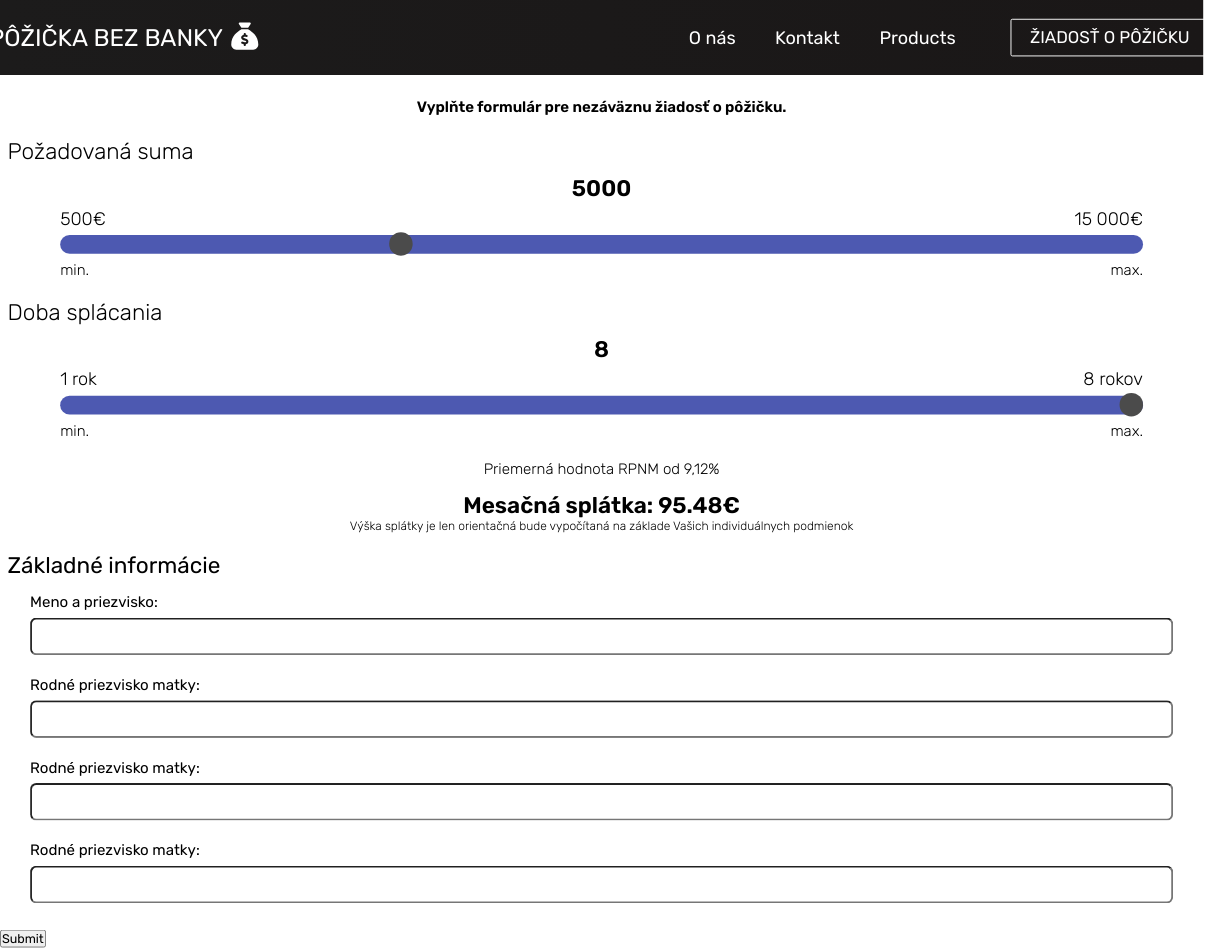
Repository: steve-lgtm/React-website-pozickabezbanky
Page: /ziadost
The author's editor kept a copy of each file at every save. The page is drawn from the files as they stood at one save, then again after the next save.
The browser window is 1280 px wide. The page is 1305 px wide, so the pictures cover 1305 px, including what lies to the right of the window. The pictures show the whole page, at 94% of full size.
Some web libraries are served in a nearby version. The project was rebuilt for these pictures with package versions that can differ from the ones it lists, and the page was loaded fresh each time. Also part of the build but not shown: src/components/pages/Home.js, src/components/pages/Kontakt.js, src/components/pages/Products.js.

Above is the page before, as saved 2022-07-11 19:38:36.

After the next save:
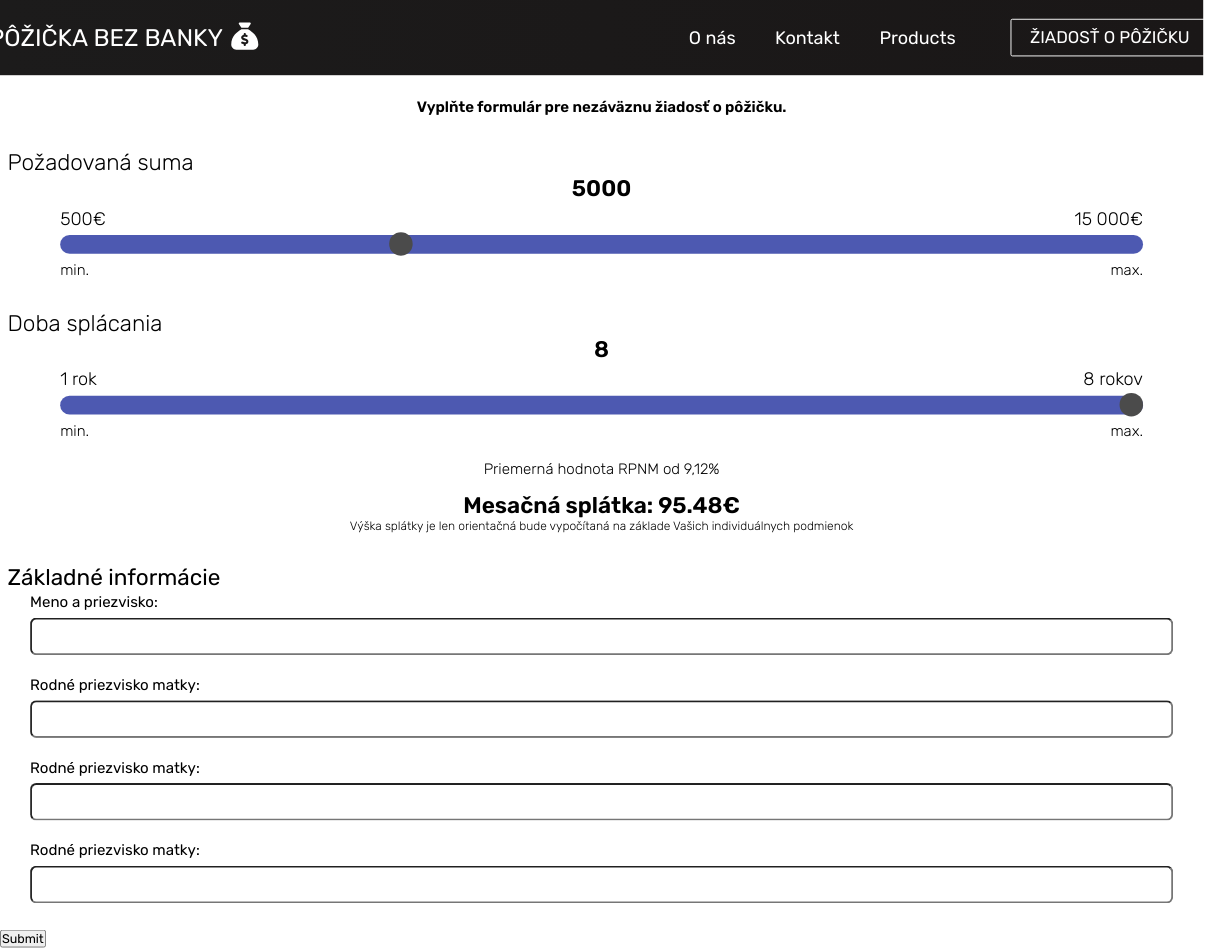
Saved 21 s later.
--- a/src/components/pages/Ziadost.css
+++ b/src/components/pages/Ziadost.css
@@ -55,7 +55,7 @@
 .section-name {
     align-self: flex-start;
     font-size: 1.5em;
-    margin-bottom: 0.5em;
+    margin-top: 0.5em;
 }
 
   .slider::-webkit-slider-thumb {

After the save that followed:
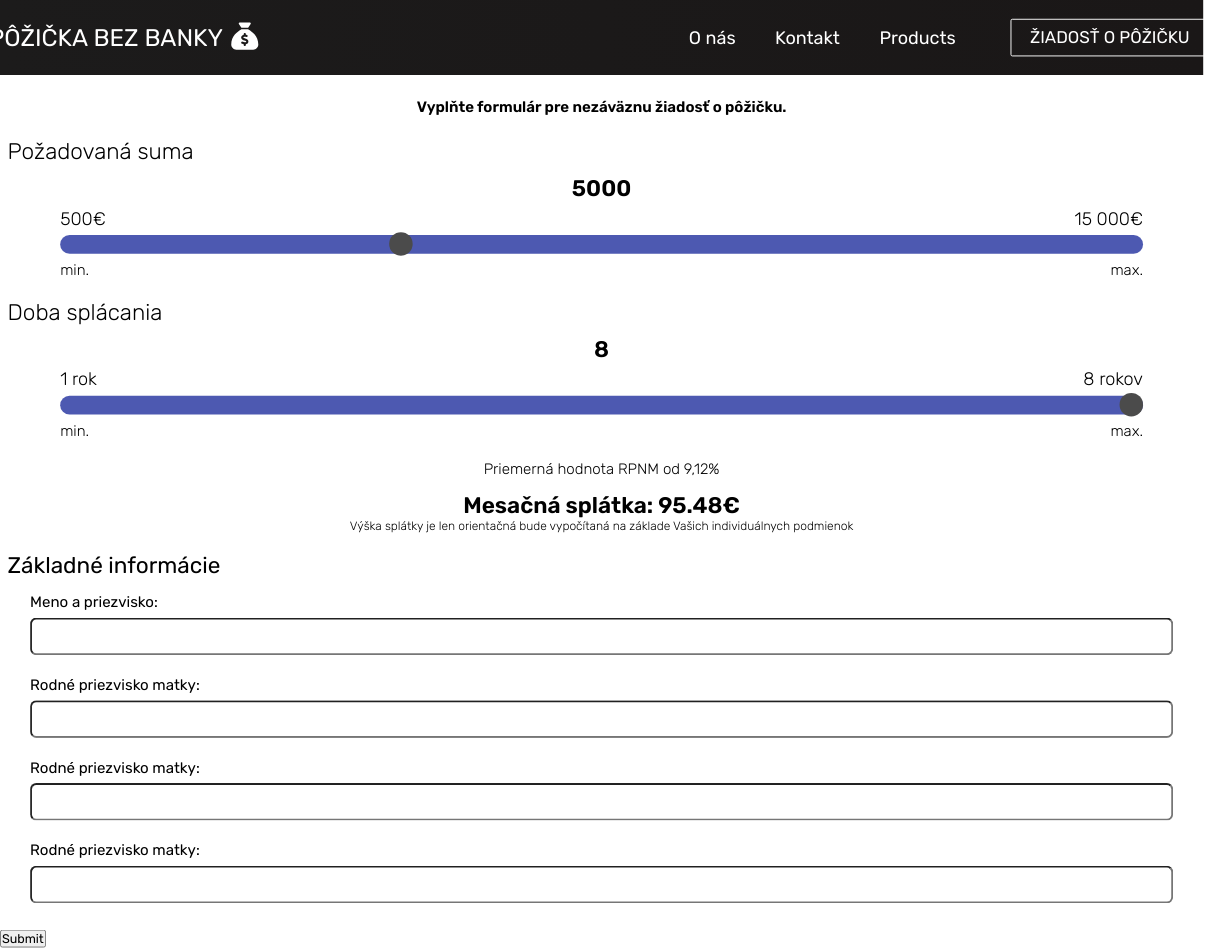
Saved 5 s later.
--- a/src/components/pages/Ziadost.css
+++ b/src/components/pages/Ziadost.css
@@ -55,7 +55,7 @@
 .section-name {
     align-self: flex-start;
     font-size: 1.5em;
-    margin-top: 0.5em;
+    margin-bottom: 0.5em;
 }
 
   .slider::-webkit-slider-thumb {
